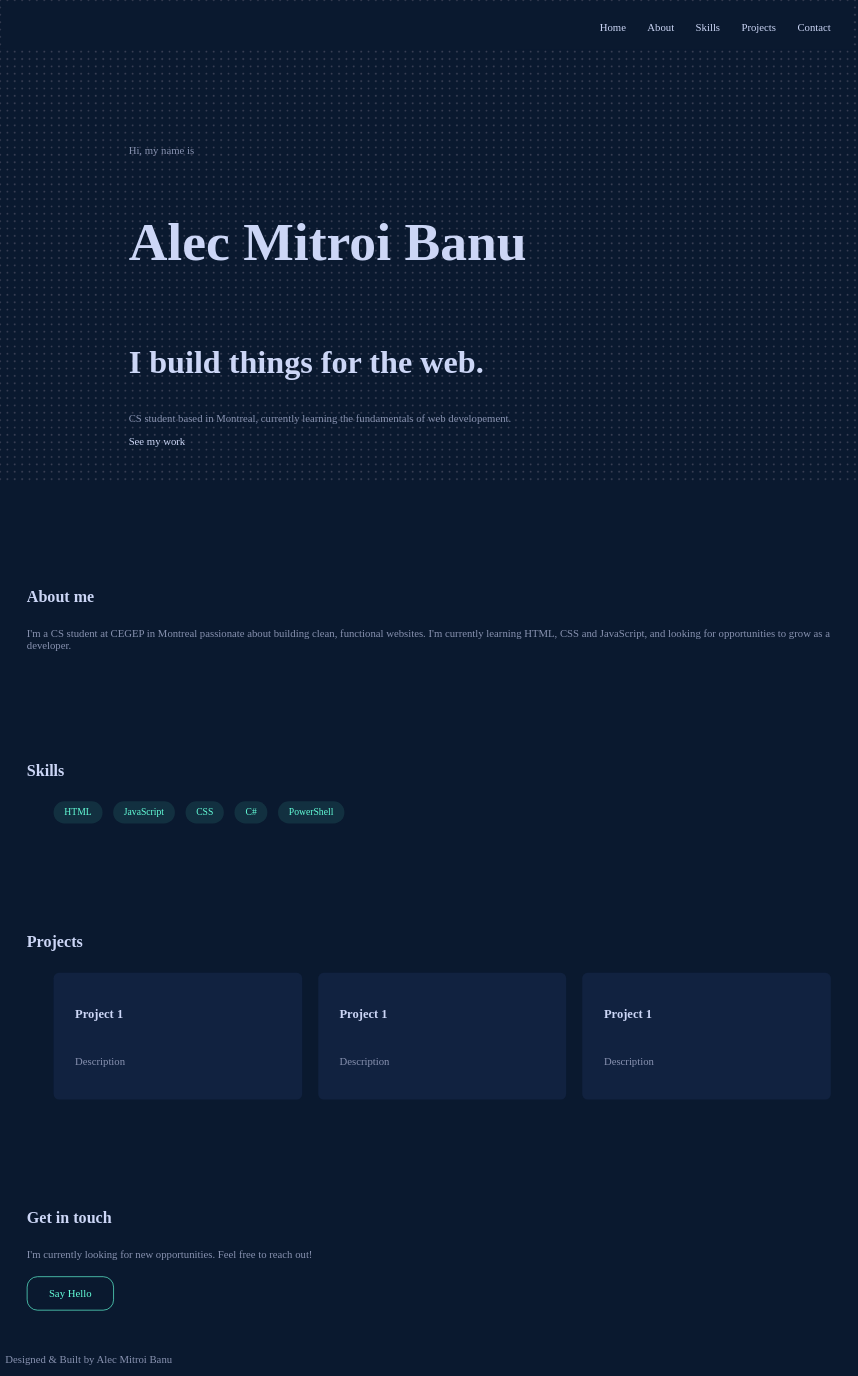
Repository: Alec-Banu/Alec-Banu
Page: index.html
These files come from the project's save history. The page is drawn as it stood at one moment and after the next save; the edit follows.
The browser window is 1280 px wide. The pictures show the whole page, at 67% of full size.

Above is the page before, as saved 2026-05-05 12:27:12.

### index.html
<!doctype html>
<html lang="en">
  <head>
    <meta charset="UTF-8" />
    <meta name="viewport" content="width=device-width, initial-scale=1.0" />
    <title>Alec Mitroi Banu</title>
    <link rel="stylesheet" href="./styles/globals.css" />
    <link rel="stylesheet" href="./styles/index.css" />
  </head>
  <canvas id="dot-canvas"></canvas>
    <script src="./scripts/scripts.js"></script>
  </body>
  <body>
    <!-- Nav  -->
    <header>
      <nav>
        <a href="#hero">Home</a>
        <a href="#about">About</a>
        <a href="#skills">Skills</a>
        <a href="#projects">Projects</a>
        <a href="#contact">Contact</a>
      </nav>
    </header>

    <!-- Hero  -->

    <main>
      <section id="hero">
        <p>Hi, my name is</p>
        <h1>Alec Mitroi Banu</h1>
        <h2>I build things for the web.</h2>
        <p>
          CS student based in Montreal, currently learning the fundamentals of
          web developement.
        </p>
        <a href="#projects">See my work</a>
      </section>

      <!-- About  -->
      <section id="about">
        <h2>About me</h2>
        <p>
          I'm a CS student at CEGEP in Montreal passionate about building clean,
          functional websites. I'm currently learning HTML, CSS and JavaScript,
          and looking for opportunities to grow as a developer.
        </p>
      </section>

      <!-- Skills  -->
      <section id="skills">
        <h2>Skills</h2>
        <ul>
          <li>HTML</li>
          <li>JavaScript</li>
          <li>CSS</li>
          <li>C#</li>
          <li>PowerShell</li>
        </ul>
      </section>

      <!-- Projects -->
      <section id="projects">
        <h2>Projects</h2>
        <ul class="cards">
          <li>
            <article class="project-card">
              <h3>Project 1</h3>
              <p>Description</p>
            </article>
          </li>
          <li>
            <article class="project-card">
              <h3>Project 1</h3>
              <p>Description</p>
            </article>
          </li>
          <li>
            <article class="project-card">
              <h3>Project 1</h3>
              <p>Description</p>
            </article>
          </li>
        </ul>
      </section>

      <!-- Contact -->
      <section id="contact">
        <h2>Get in touch</h2>
        <p>
          I'm currently looking for new opportunities. Feel free to reach out!
        </p>
        <a href="mailto:alecbanu@yahoo.com">Say Hello</a>
      </section>
    </main>
    <footer>
      <p>Designed & Built by Alec Mitroi Banu</p>
    </footer>
  </body>
</html>

### styles/globals.css
body {
  background-color: #0a192f;
}

/* TODO - move to globals for re-use */

h1 {
  font-size: 2rem;
  color: #ccd6f6;
}
h2 {
  font-size: 1.5rem;
  color: #8892b0;
}
p {
  color: #8892b0;
  margin: 1rem 0;
}

a {
  text-decoration: none;
  color: #ccd6f6;
}

### styles/index.css
/* NAVIGATION ****************************/

nav {
  display: flex;
  gap: 2rem;
  padding: 1.5rem 2rem;
  justify-content: flex-end;

  background-color: #0a192f;
}

header {
  position: sticky;
  top: 0;
  right: 0;
}

/* CONTENT ****************************/

#hero {
  min-height: 100vh;
  display: flex;
  flex-direction: column;
  justify-content: center;
  padding: 0 2rem;
  max-width: 56rem;
  margin: 0 auto;
}

section {
  padding: 4rem 2rem;

  h2 {
    font-size: 1.5rem;
    margin-bottom: 2rem;
    color: #ccd6f6;
  }
}

#skills {
  ul {
    display: flex;
    flex-wrap: wrap;
    gap: 1rem;
  }
  li {
    background-color: #64ffda1a;
    color: #64ffda;
    padding: 0.5rem 1rem;
    border-radius: 1rem;
    font-size: 0.9rem;
    list-style: none;
  }
}

#projects {
  .cards {
    display: grid;
    grid-template-columns: 1fr;
    gap: 1.5rem;
    list-style: none;
  }
  .project-card {
    background-color: #112240;
    padding: 2rem;
    border-radius: 0.5rem;
    display: flex;
    flex-direction: column;
    gap: 1rem;

    h3 {
      color: #ccd6f6;
    }
    p {
      color: #8892b0;
    }
  }
}

#contact {
  a {
    border: 0.1rem solid #64ffda;
    color: #64ffda;
    padding: 1rem 2rem;
    border-radius: 1rem;
  }
  a:hover {
    background-color: #64ffda1a;
    text-decoration: none;
  }
  p {
    margin-bottom: 2.5rem;
  }
}

/* Tablet */

@media (min-width: 768px) {
  #hero h1 {
    font-size: 3.5rem;
  }
  #hero h2 {
    font-size: 2.5rem;
  }
  #projects .cards {
    grid-template-columns: 1fr 1fr;
  }
}

/* Desktop */

@media (min-width: 1024px) {
  #hero h1 {
    font-size: 5rem;
  }
  #hero h2 {
    font-size: 3rem;
  }
  #projects .cards {
    grid-template-columns: 1fr 1fr 1fr;
  }
}

### scripts/scripts.js
const canvas = document.getElementById("dot-canvas");
const ctx = canvas.getContext("2d");

let mouse = { x: -1000, y: -1000 };
const spacing = 11;
const dotRadius = 1.5;
const cursorRadius = 150;

canvas.style.position = "fixed";
canvas.style.top = "0";
canvas.style.left = "0";
canvas.style.zIndex = "-1";
canvas.style.width = "100%";
canvas.style.height = "100%";

function resize() {
  canvas.width = window.innerWidth;
  canvas.height = window.innerHeight;
}

window.addEventListener("resize", resize);
resize();

window.addEventListener("mousemove", (e) => {
  mouse.x = e.clientX;
  mouse.y = e.clientY;
});

function draw() {
  ctx.clearRect(0, 0, canvas.width, canvas.height);

  for (let x = 0; x < canvas.width; x += spacing) {
    for (let y = 0; y < canvas.height; y += spacing) {
      const dx = mouse.x - x;
      const dy = mouse.y - y;
      const dist = Math.sqrt(dx * dx + dy * dy);

      let radius = dotRadius;
      if (dist < cursorRadius) {
        radius = dotRadius + (1 - dist / cursorRadius) * 3;
      }

      ctx.beginPath();
      ctx.arc(x, y, radius, 0, Math.PI * 2);
      ctx.fillStyle = "#373e53";
      ctx.fill();
    }
  }

  requestAnimationFrame(draw);
}

draw();

After the next save:
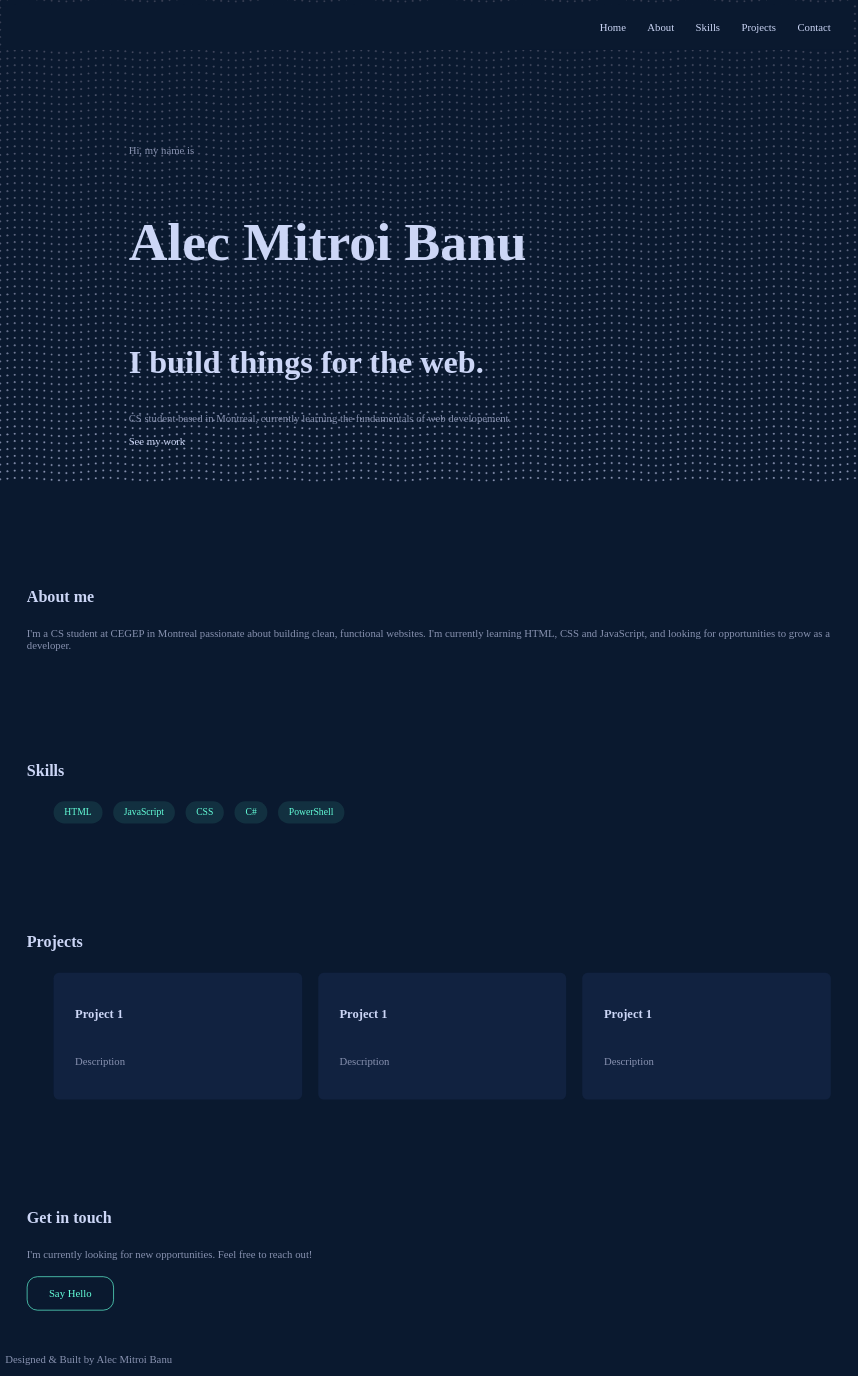
Saved 101 s later.
--- a/scripts/scripts.js
+++ b/scripts/scripts.js
@@ -2,9 +2,16 @@
 const ctx = canvas.getContext("2d");
 
 let mouse = { x: -1000, y: -1000 };
-const spacing = 11;
+
 const dotRadius = 1.5;
-const cursorRadius = 150;
+const dotSpacing = 11;
+const cursorRadius = 500;
+const bulgeStrength = 67;
+const glowRadius = 200;
+const glowColor = "#647da2";
+const gradientFrom = "#373e53";
+const gradientTo = "#8892b0";
+const waveAmplitude = 2;
 
 canvas.style.position = "fixed";
 canvas.style.top = "0";
@@ -26,23 +33,56 @@
   mouse.y = e.clientY;
 });
 
+function lerpColor(a, b, t) {
+  const ah = parseInt(a.slice(1), 16);
+  const bh = parseInt(b.slice(1), 16);
+  const ar = (ah >> 16) & 0xff, ag = (ah >> 8) & 0xff, ab = ah & 0xff;
+  const br = (bh >> 16) & 0xff, bg = (bh >> 8) & 0xff, bb = bh & 0xff;
+  const rr = Math.round(ar + (br - ar) * t);
+  const rg = Math.round(ag + (bg - ag) * t);
+  const rb = Math.round(ab + (bb - ab) * t);
+  return `rgb(${rr},${rg},${rb})`;
+}
+
+let time = 0;
+
 function draw() {
   ctx.clearRect(0, 0, canvas.width, canvas.height);
+  time += 0.01;
 
-  for (let x = 0; x < canvas.width; x += spacing) {
-    for (let y = 0; y < canvas.height; y += spacing) {
+  const cols = canvas.width;
+  const rows = canvas.height;
+
+  for (let x = 0; x < cols; x += dotSpacing) {
+    for (let y = 0; y < rows; y += dotSpacing) {
       const dx = mouse.x - x;
       const dy = mouse.y - y;
       const dist = Math.sqrt(dx * dx + dy * dy);
 
+      // wave offset
+      const wave = Math.sin(x * 0.05 + time) * waveAmplitude;
+      const drawY = y + wave;
+
+      // bulge effect
       let radius = dotRadius;
       if (dist < cursorRadius) {
-        radius = dotRadius + (1 - dist / cursorRadius) * 3;
+        const force = (1 - dist / cursorRadius) * (bulgeStrength / 20);
+        radius = dotRadius + force;
+      }
+
+      // gradient color based on position
+      const t = y / rows;
+      let color = lerpColor(gradientFrom, gradientTo, t);
+
+      // glow color near cursor
+      if (dist < glowRadius) {
+        const glowT = 1 - dist / glowRadius;
+        color = lerpColor(color, glowColor, glowT);
       }
 
       ctx.beginPath();
-      ctx.arc(x, y, radius, 0, Math.PI * 2);
-      ctx.fillStyle = "#373e53";
+      ctx.arc(x, drawY, radius, 0, Math.PI * 2);
+      ctx.fillStyle = color;
       ctx.fill();
     }
   }

After the save that followed:
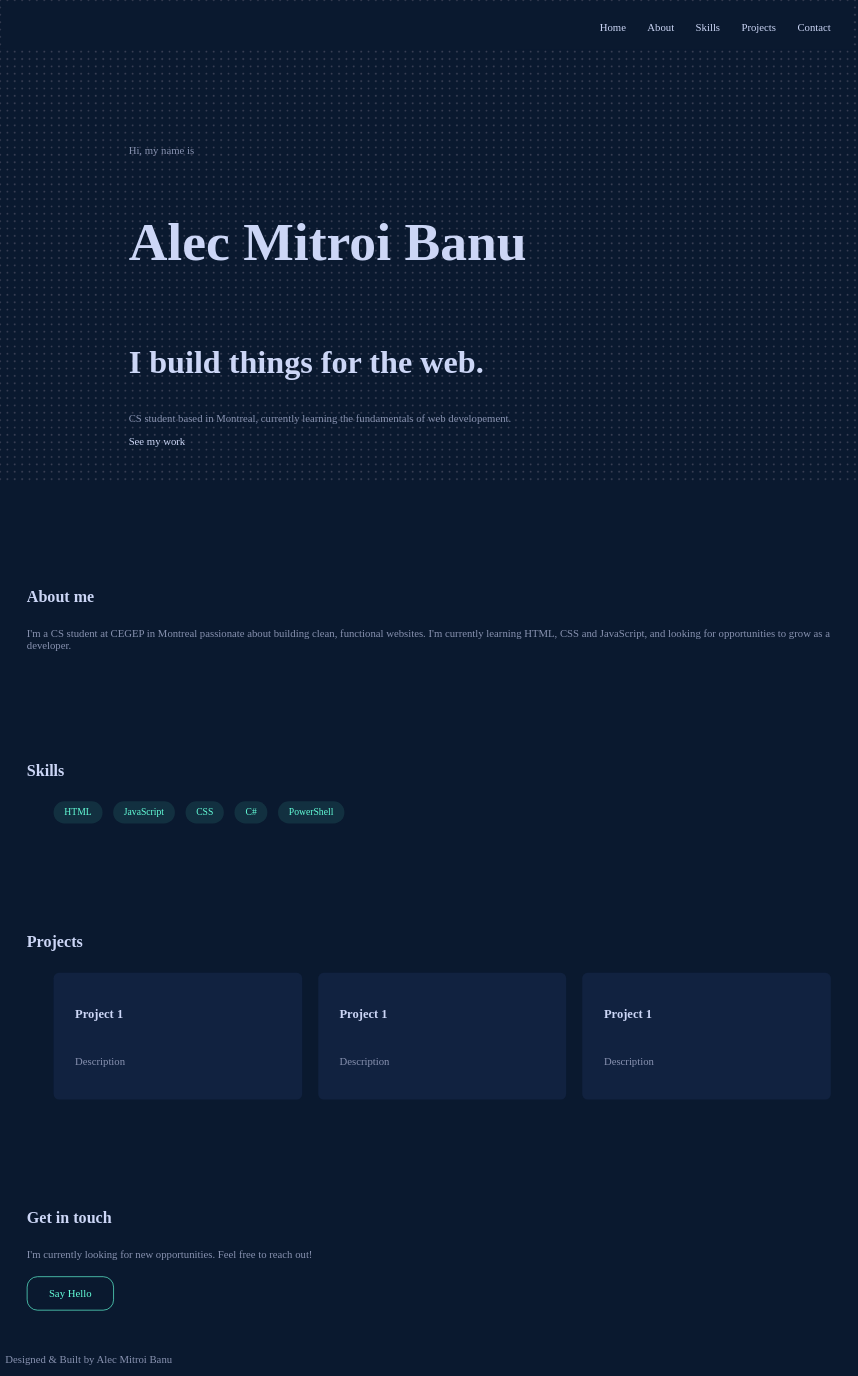
Saved 92 s later.
--- a/scripts/scripts.js
+++ b/scripts/scripts.js
@@ -9,9 +9,7 @@
 const bulgeStrength = 67;
 const glowRadius = 200;
 const glowColor = "#647da2";
-const gradientFrom = "#373e53";
-const gradientTo = "#8892b0";
-const waveAmplitude = 2;
+const dotColor = "#373e53";
 
 canvas.style.position = "fixed";
 canvas.style.top = "0";
@@ -33,55 +31,29 @@
   mouse.y = e.clientY;
 });
 
-function lerpColor(a, b, t) {
-  const ah = parseInt(a.slice(1), 16);
-  const bh = parseInt(b.slice(1), 16);
-  const ar = (ah >> 16) & 0xff, ag = (ah >> 8) & 0xff, ab = ah & 0xff;
-  const br = (bh >> 16) & 0xff, bg = (bh >> 8) & 0xff, bb = bh & 0xff;
-  const rr = Math.round(ar + (br - ar) * t);
-  const rg = Math.round(ag + (bg - ag) * t);
-  const rb = Math.round(ab + (bb - ab) * t);
-  return `rgb(${rr},${rg},${rb})`;
-}
-
-let time = 0;
-
 function draw() {
   ctx.clearRect(0, 0, canvas.width, canvas.height);
-  time += 0.01;
 
-  const cols = canvas.width;
-  const rows = canvas.height;
-
-  for (let x = 0; x < cols; x += dotSpacing) {
-    for (let y = 0; y < rows; y += dotSpacing) {
+  for (let x = 0; x < canvas.width; x += dotSpacing) {
+    for (let y = 0; y < canvas.height; y += dotSpacing) {
       const dx = mouse.x - x;
       const dy = mouse.y - y;
       const dist = Math.sqrt(dx * dx + dy * dy);
 
-      // wave offset
-      const wave = Math.sin(x * 0.05 + time) * waveAmplitude;
-      const drawY = y + wave;
-
-      // bulge effect
       let radius = dotRadius;
       if (dist < cursorRadius) {
         const force = (1 - dist / cursorRadius) * (bulgeStrength / 20);
         radius = dotRadius + force;
       }
 
-      // gradient color based on position
-      const t = y / rows;
-      let color = lerpColor(gradientFrom, gradientTo, t);
-
-      // glow color near cursor
+      let color = dotColor;
       if (dist < glowRadius) {
         const glowT = 1 - dist / glowRadius;
-        color = lerpColor(color, glowColor, glowT);
+        color = `rgba(100, 125, 162, ${glowT * 0.8})`;
       }
 
       ctx.beginPath();
-      ctx.arc(x, drawY, radius, 0, Math.PI * 2);
+      ctx.arc(x, y, radius, 0, Math.PI * 2);
       ctx.fillStyle = color;
       ctx.fill();
     }
